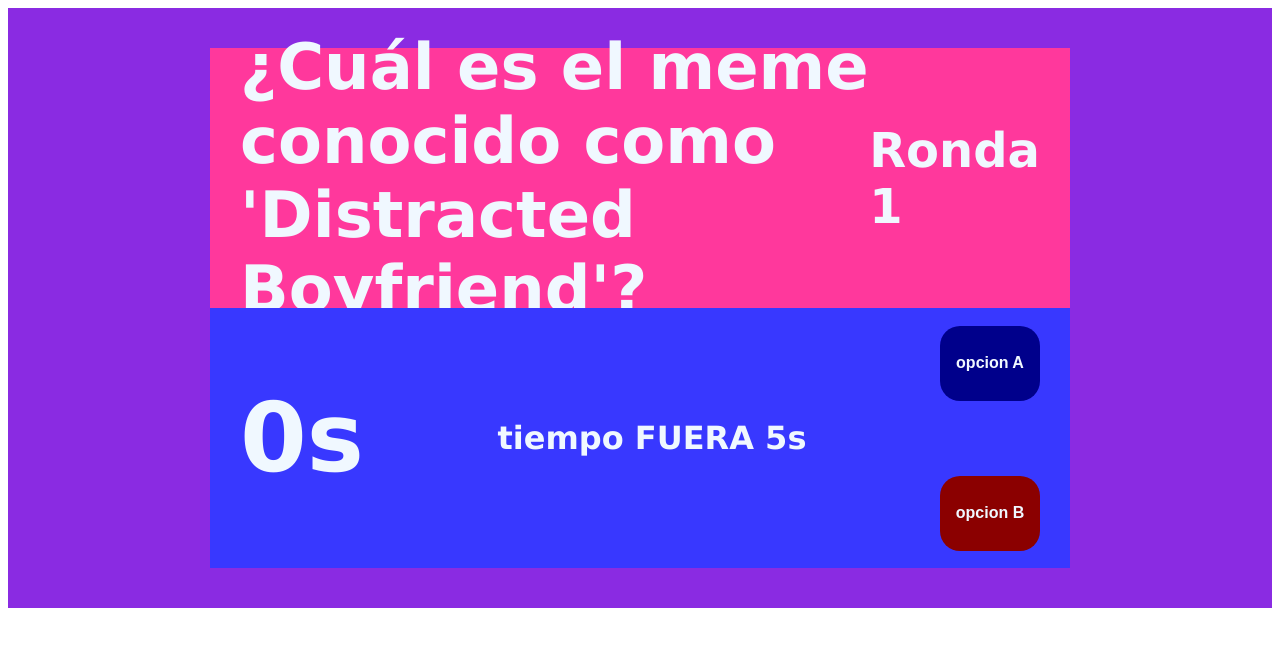
Repository: eschala/Proyecto_Clonaci-n_Kahoot_2023-2
Page: Borrador_Samir_Kahoot_NEW/Prueaba_Validar.html
These files come from the project's save history. The page is drawn as it stood at one moment and after a run of saves; the edit follows.
The browser window is 1280 px wide. The pictures show the whole page.

Above is the page before, as saved 2023-11-29 15:15:39.
Console error: ReferenceError: botones_1 is not defined

### Borrador_Samir_Kahoot_NEW/Prueaba_Validar.html
<!DOCTYPE html>
<html lang="en">

<head>
    <meta charset="UTF-8">
    <meta name="viewport" content="width=device-width, initial-scale=1.0">
    <title>Document</title>
    <style>

    </style>
    <link rel="stylesheet" href="stylePrueba.css">

</head>

<body>
    <div class="container">

        <div class="sectionContainer">

            <h1 class="tituloClass">
                pregunta
            </h1>
            <h2 class="aviso">
                ()
            </h2>

            <div class="section_Buttons">
                <div class="btn_content"><button type="button" class="btn_1 botones">opcion A</button></div>
                <div class="btn_content"><button type="button" class="btn_2 botones">opcion B</button></div>



        </div>
            </div>
            <div class="sectionContainer_2">

                <h1 class="Pregunta_S">insertar pregunta</h1>
                <h1 class="aviso_S">aviso</h1>
            </div>

    </div>

    <script src="respuesta_VALIDAR.js"></script>
</body>

</html>

### Borrador_Samir_Kahoot_NEW/stylePrueba.css
.container {
    font-family: Verdana, Geneva, Tahoma, sans-serif;

    width: 100%;
    height: 600px;
    background-color: blueviolet;

    display: flex;
    flex-direction: column;

    align-items: center;
    justify-content: center;

}

.sectionContainer {

    height: 200px;
    width: 800px;

    background-color: rgb(56, 56, 255);

    display: flex;
    justify-content: space-between;
    align-items: center;
    color: aliceblue;

    font-size: 3rem;
    padding: 30px;

    order: 1;
}
.sectionContainer_2 {

    height: 200px;
    width: 800px;

    background-color: rgb(255, 56, 156);

    display: flex;
    justify-content: space-between;
    align-items: center;
    color: aliceblue;

    font-size: 3rem;
    padding: 30px;

    order: 0;
}

.sub_Container_2 {

    height: 200px;
    width: 800px;

    background-color: red;

    display: flex;

}

.btn_content {
    height: 150px;
    width: 100px;
    display: flex;

    align-items: center;
    justify-content: center;

    cursor: pointer;
}

.btn_1 {
    width: 100%;
    height: 50%;

    background-color:darkblue;
}

.btn_2 {
    width: 100%;
    height: 50%;

    background-color:darkred;
}

.botones:hover{

    opacity: 50%;
    cursor: pointer;
}

.botones{

    font-weight: 700;


    color:aliceblue;
    font-size: 1rem;
    cursor: pointer;

    border-radius: 20px;
    border: 0px;
}

.aviso_S{
    font-family: Verdana, Geneva, Tahoma, sans-serif;
    font-size: 3rem;
}
.Pregunta_S{
    font-size: 4rem;
}

### Borrador_Samir_Kahoot_NEW/respuesta_VALIDAR.js
const container_E=document.querySelector(".container");
const sectionContainer_E=document.querySelector(".sectionContainer");
const sub_Container_2_E=document.querySelector(".sub_Container_2");
const btn_1_E=document.querySelector(".btn_1");
const btn_2_E=document.querySelector(".btn_2");
const h2_E=document.querySelector(".aviso");
const tituloClass_E=document.querySelector(".tituloClass");

/* const container_element=".container";
const sectionContainer_element=".sectionContainer";
const sub_Container_2_element=".sub_Container_2";
const btn_1_element=".btn_1";
const btn_2_element=".btn_2";
const h2_element=".aviso";
const tituloClass_element=".tituloClass";

container_element=document.querySelector(container_element);
sectionContainer_element=document.querySelector(sectionContainer_element);
sub_Container_2_element=document.querySelector(sub_Container_2_element);
btn_1_element=document.querySelector(btn_1_element);
btn_2_element=document.querySelector(btn_2_element);
h2_element=document.querySelector(h2_element);
tituloClass_element=document.querySelector(tituloClass_element);
 */
   var contar_S=0;
   var contar_R=0;
   var vacio=0;
var segundos =5;

var contar_2=0;
const intervalo=1000;

const pregunta_E=document.querySelector(".Pregunta_S");
const aviso_E=document.querySelector(".aviso_S");

h2_E.style.display="block";
h2_E.style.fontSize="2rem";

var funcionPrueba=()=>{



    segundos--;


    tituloClass_E.innerHTML=segundos+ "s";


    if(segundos==contar_R){

    contar_S++;
    vacio=contar_S-1;

        clearInterval(timeRunning);
        segundos=5;
        activateTimeOUT();
        contar_2++;
        h2_E.innerHTML="tiempo FUERA 5s";aviso_E.innerHTML="Ronda "+contar_S;

        if(contar_S==3){

            contar_S=0;
        }
    }
    else{
        h2_E.innerHTML="";

    }



    pregunta_E.innerHTML=preguntas_String[vacio]
    botones_1.innerHTML=res[vacio]
    pregunta_E.innerHTML=preguntas_String[vacio]


}





/* const timeOuter = function (){

}  */

const activateTime=()=>{
timeRunning = setInterval(funcionPrueba,intervalo);
}
const activateTimeOUT=()=>{
tiempoFuera = setTimeout(activateTime,intervalo*segundos);
}
activateTime();







const preguntas_String = [
    "¿Cuál es el meme conocido como 'Distracted Boyfriend'?",
    "¿Qué animal es el protagonista del meme 'Surprised Pikachu'?",
    "¿Quién es el protagonista del meme 'Hide the Pain Harold'?"
  ];

  const respuesta_String = [
    [ "B) Un hombre mirando su teléfono mientras su novia lo abraza."],
    ["A) Un gato."],
    [ "B) Un actor famoso."]
  ];

  const respuesta_Correcta_String = [
    "A) Un hombre mirando a una chica mientras su novia lo observa molesta.",
    "B) Un Pokémon.",
    "A) Un modelo de stock photography."];

After the next 3 saves:
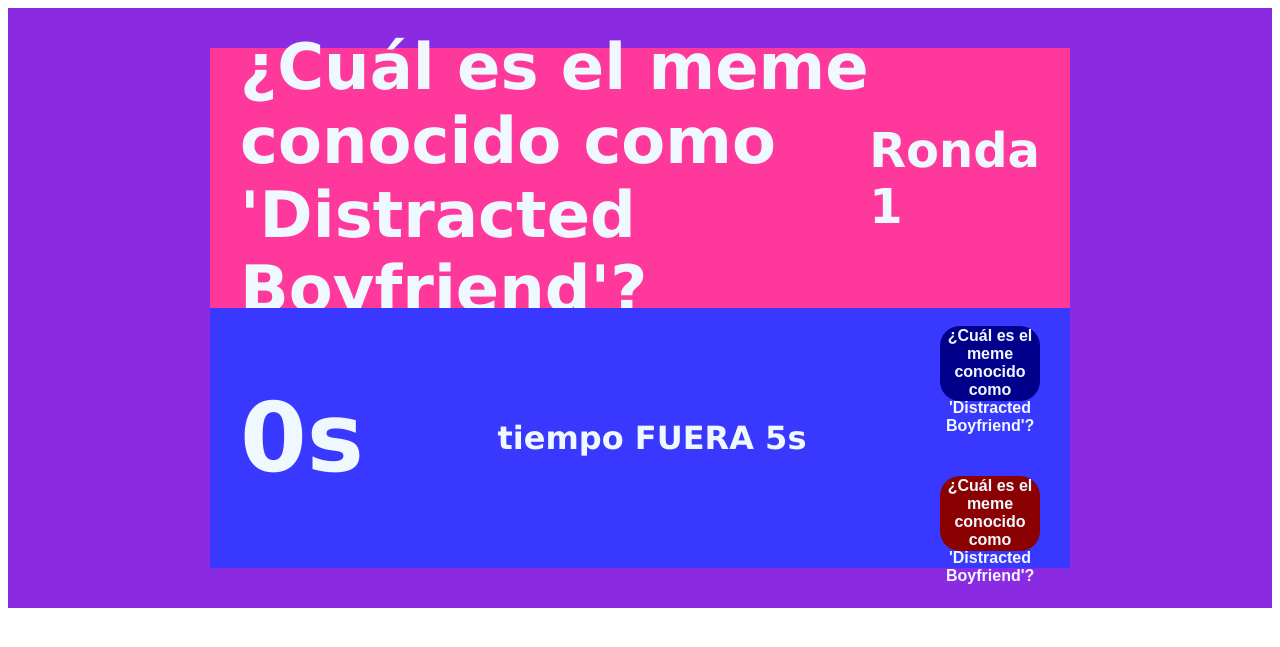
The error is gone.
The 3 saves are shown as one change because they came seconds apart.
The last was saved 17 s later.
--- a/Borrador_Samir_Kahoot_NEW/respuesta_VALIDAR.js
+++ b/Borrador_Samir_Kahoot_NEW/respuesta_VALIDAR.js
@@ -70,8 +70,9 @@ var funcionPrueba=()=>{
 
 
     pregunta_E.innerHTML=preguntas_String[vacio]
-    botones_1.innerHTML=res[vacio]
-    pregunta_E.innerHTML=preguntas_String[vacio]
+
+    btn_1_E.innerHTML=preguntas_String[vacio]
+    btn_2_E.innerHTML=preguntas_String[vacio]
 
 
 }
